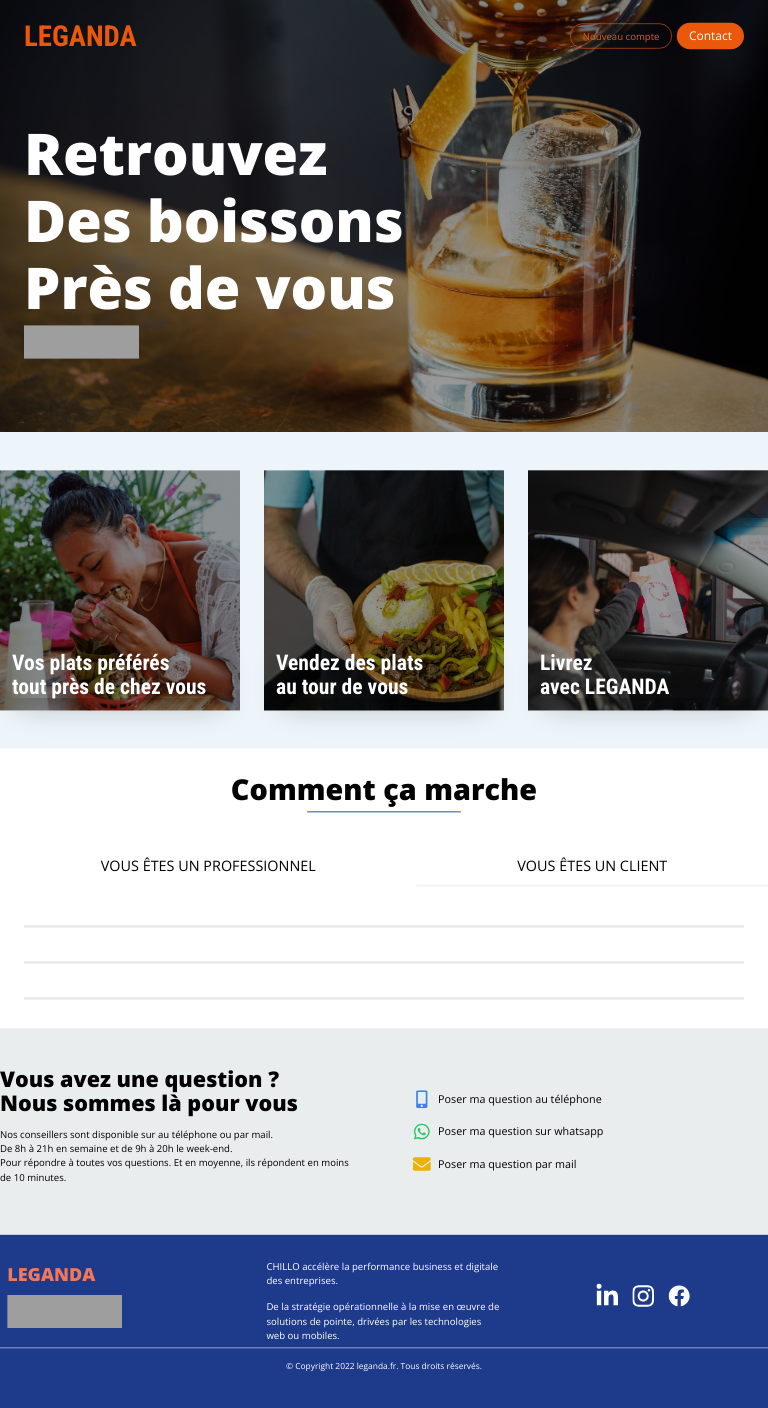
Repository: chillo-tech/website-leganda
Page: /
An editor plug-in stored every save of this project. The page is shown before and after the next save, followed by the edit.
The browser window is 1280 px wide. The pictures show the whole page, at 60% of full size.
Pictures or frames that could not be fetched are drawn as grey boxes. The project was rebuilt for these pictures with package versions that can differ from the ones it lists, and the page was loaded fresh each time. Some packages were replaced by stand-ins written for this rebuild. The framework's server and built-in components were replaced by stand-ins that run in the browser. Also part of the build but not shown: next.config.js, components/header/items/SearchBar.tsx.

Above is the page before, as saved 2023-02-09 15:08:39.

After the next save:
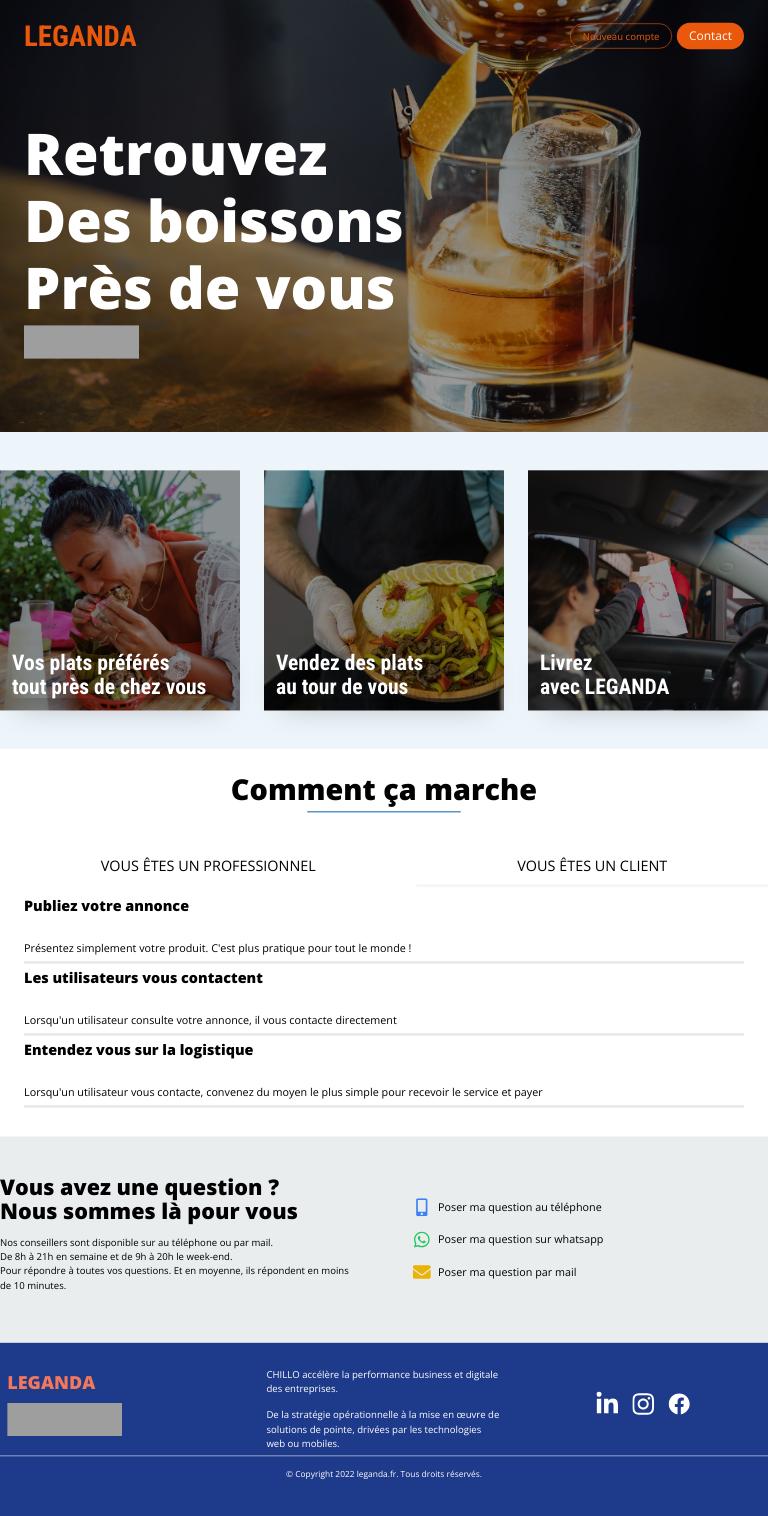
Saved 53 s later.
--- a/components/tabs/index.tsx
+++ b/components/tabs/index.tsx
@@ -34,8 +34,8 @@
               }>
              {item.infos.map((info: any, index: number) => (
               <article key={`info-${index}`} className={classNames('grow border-b-4 py-2')}>
-                <h3 className='pb-10 font-bold text-2xl'>{info.label}</h3>
-                <RenderHtmlContent content={info.text} classes="text-lg"/>
+                <h3 className='pb-10 font-bold text-2xl'>{info.title}</h3>
+                <RenderHtmlContent content={info.description} classes="text-lg"/>
               </article>
             ))}
           </section>
